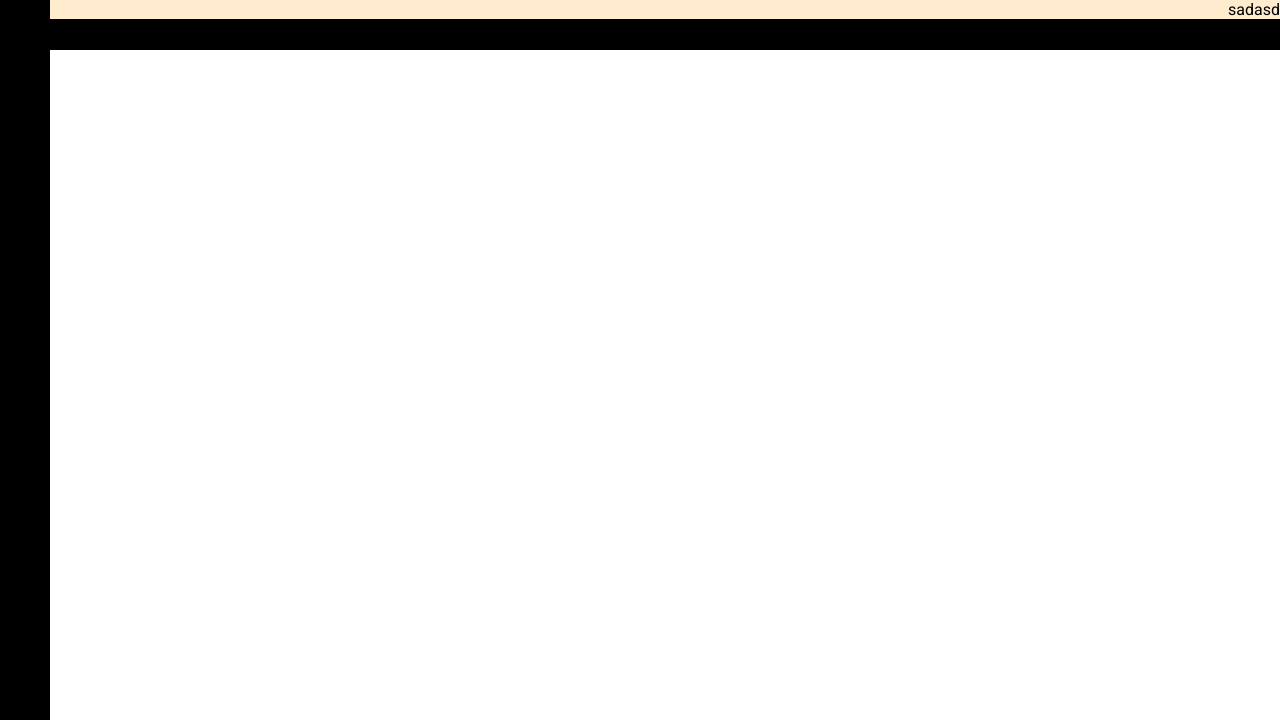
Repository: JulyK9/Movie-Website
Page: index.html
These files come from the project's save history. The page is drawn as it stood at one moment and after the next save; the edit follows.
The browser window is 1280 px wide. The pictures show the whole page.

Above is the page before, as saved 2022-07-02 23:10:17.

After the next save:
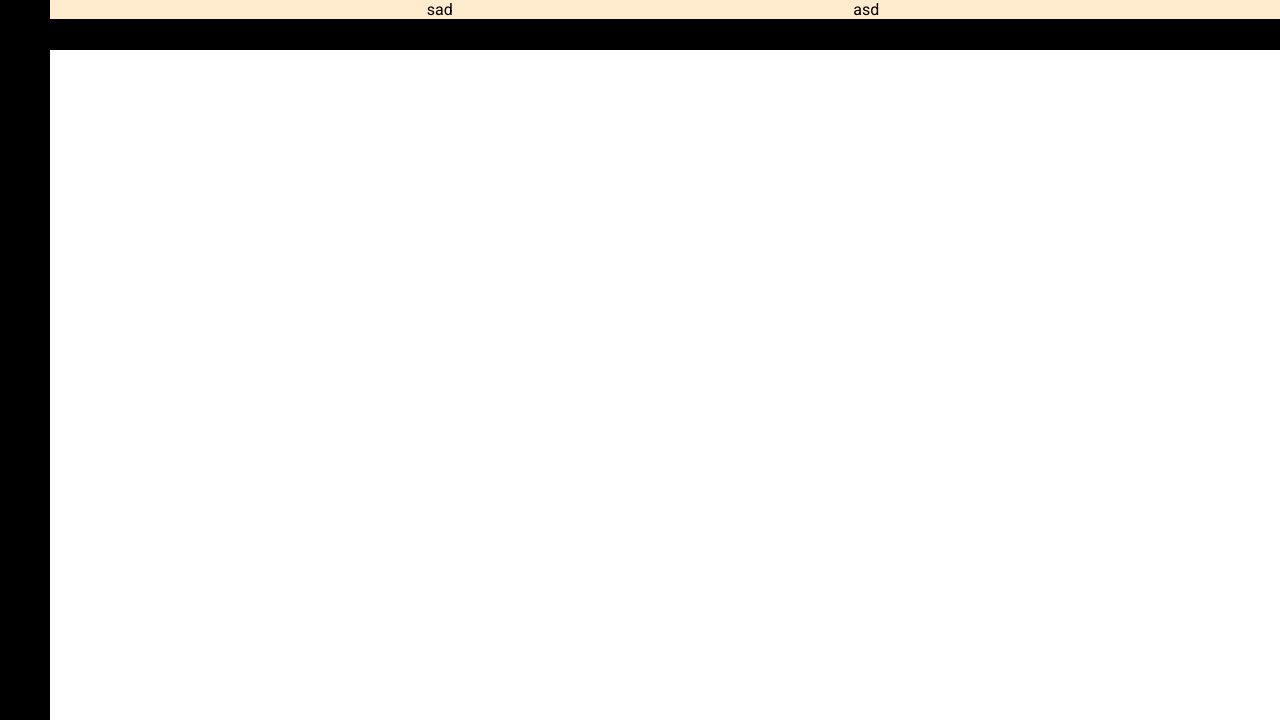
Saved 4 s later.
--- a/style.css
+++ b/style.css
@@ -25,6 +25,14 @@ body {
     flex: 1;
 }
 
+.menu-container {
+    flex: 1;
+}
+
+.profile-container {
+    flex: 1;
+}
+
 .sidebar {
     width: 50px;
     height: 100vh;
